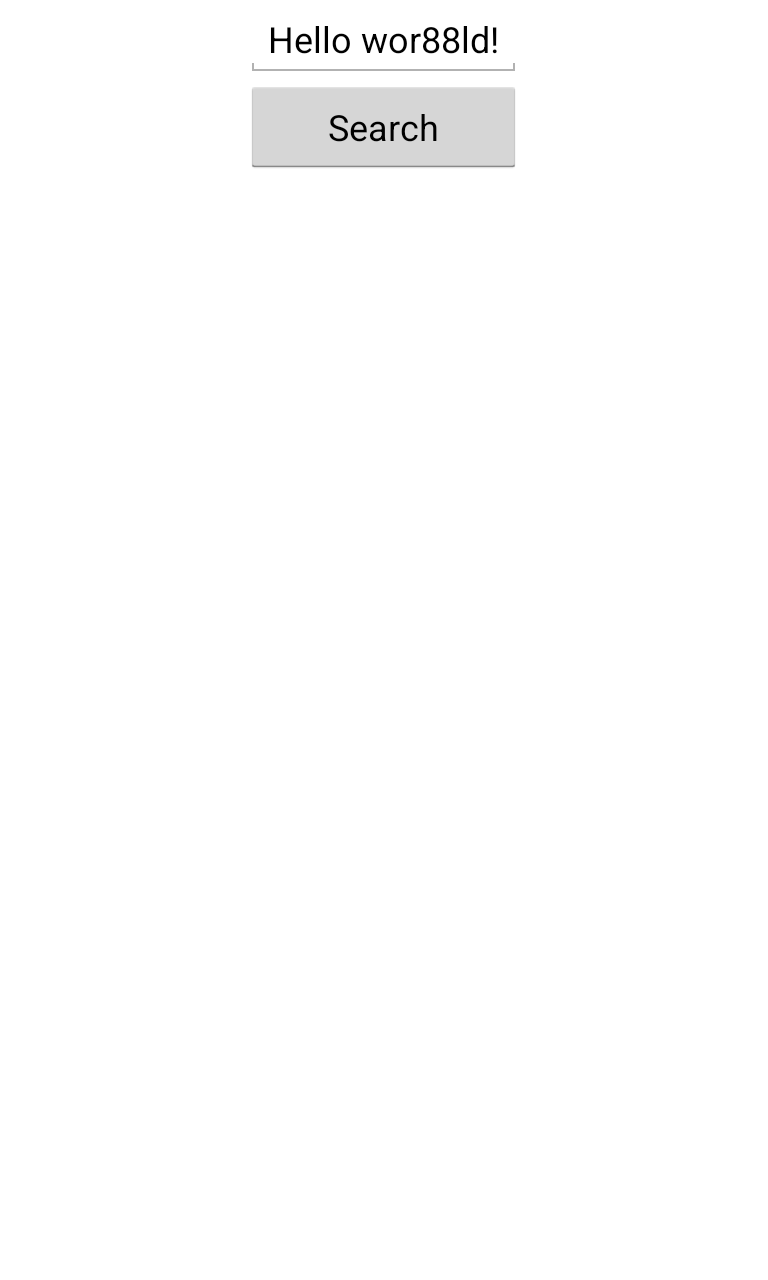
Repository: yc0211/line4U
Layout: line4U/res/layout/activity_main.xml
The author's editor kept a copy of each file at every save. The layout is drawn from the files as they stood at one save, then again after the next save.
It is drawn on a 768 x 1280 px phone screen (xhdpi) without system bars, with theme AppTheme; the app's code is not run.

Above is the layout before, as saved 2013-08-18 15:50:38.

After the next save:
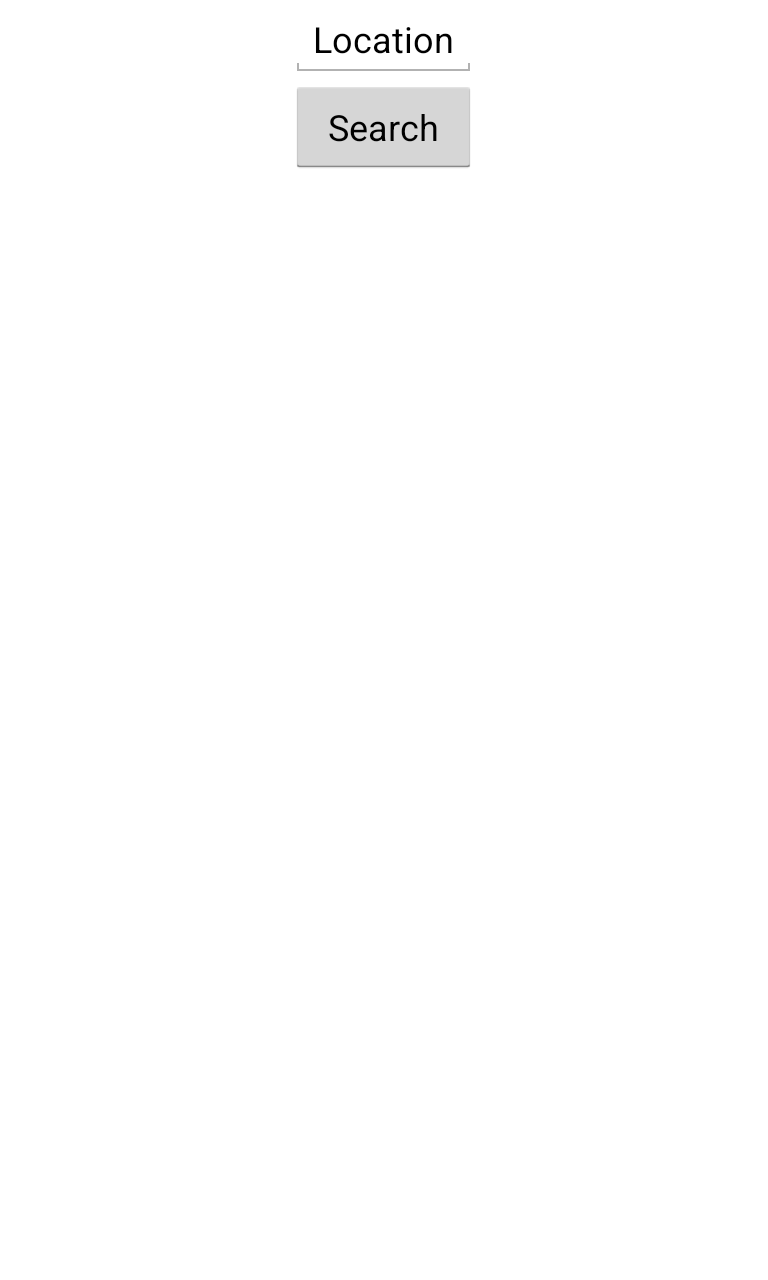
Saved 38 s later.
--- a/line4U/res/values/strings.xml
+++ b/line4U/res/values/strings.xml
@@ -3,7 +3,7 @@
 
     <string name="app_name">Line4U</string>
     <string name="action_settings">Settings</string>
-    <string name="te">Hello wor88ld!</string>
+    <string name="te">Location</string>
     <string name="button">Search</string>
 
 </resources>
